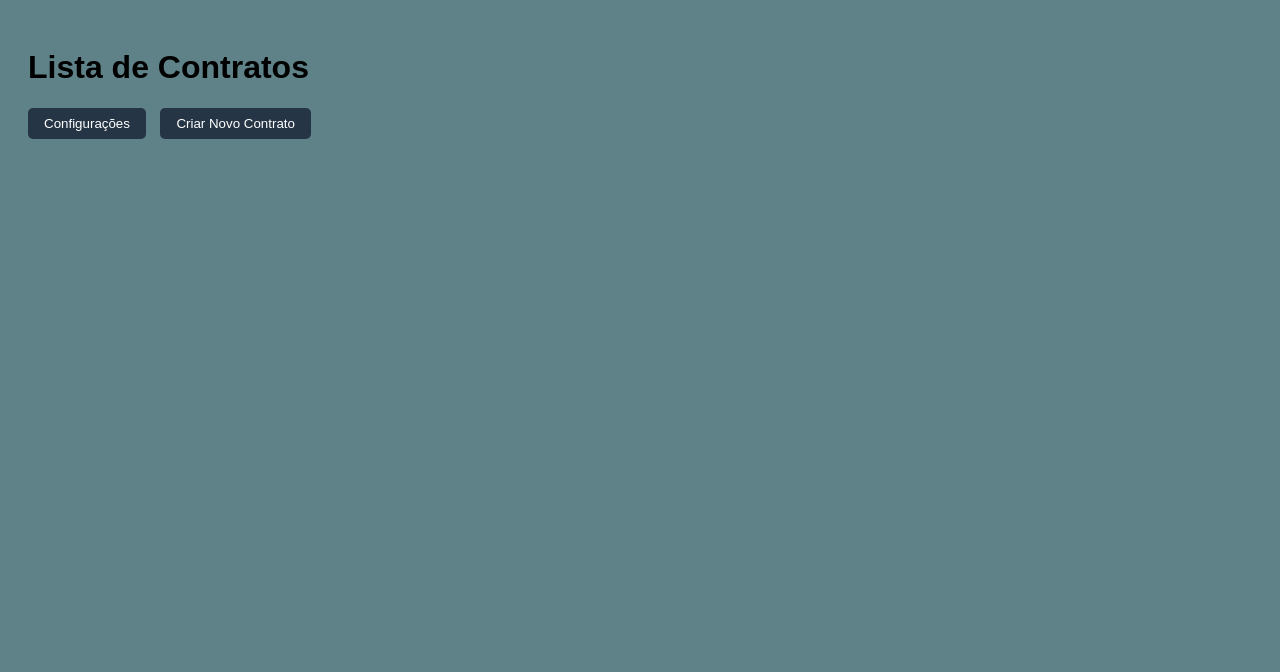
Repository: YuaneCastro/Sistema-de-Gest-o-de-Usu-rios-e-Contratos
Page: tela-principal/tela-principal.html
An editor plug-in stored every save of this project. The page is shown before and after a run of saves, followed by the edit.
The browser window is 1280 px wide. The pictures show the whole page.
The page's requests for data from a server got no answer.

Above is the page before, as saved 2024-06-23 10:02:13.

After the next 2 saves:
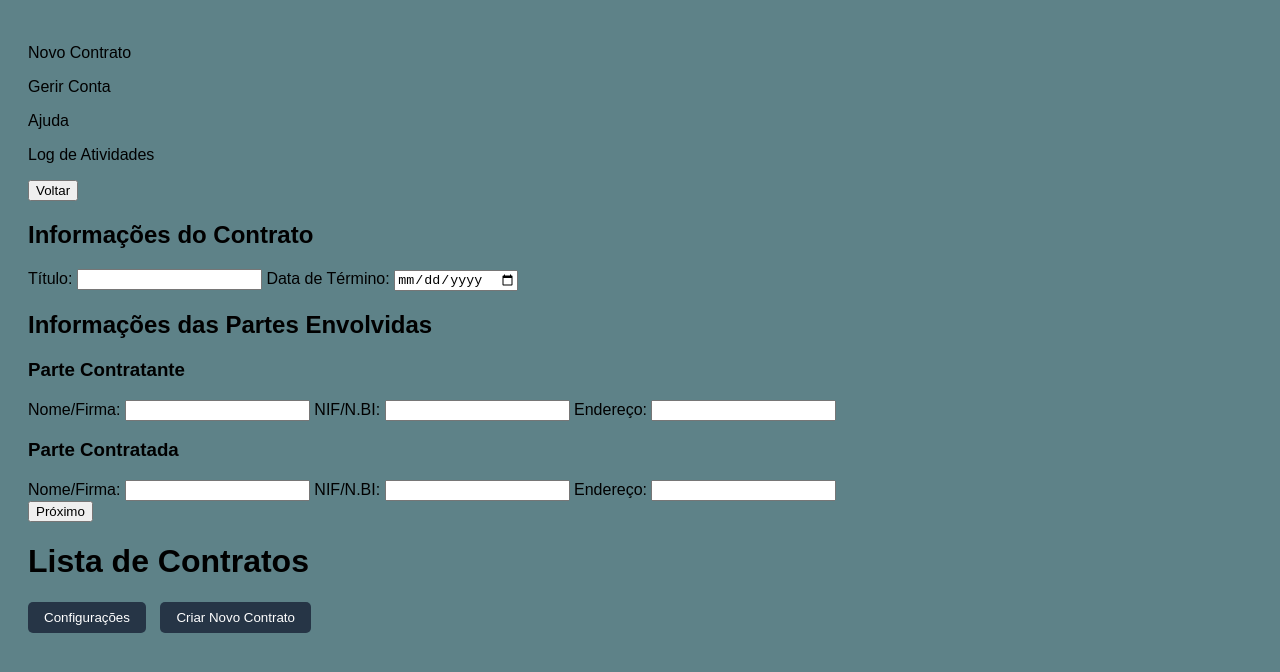
The 2 saves are shown as one change because they came seconds apart.
The last was saved 9 min 2 s later.
--- a/tela-principal/tela-principal.html
+++ b/tela-principal/tela-principal.html
@@ -7,6 +7,46 @@
     <link rel="stylesheet" href="/tela-principal/styles-principal.css">
 </head>
 <body>
+    <div class="top-bar">
+        <p id="criar-contrato-link" class="clickable">Novo Contrato</p>
+        <p id="manage-account-link" class="clickable">Gerir Conta</p>
+        <p id="ajuda-link" class="clickable">Ajuda</p>
+        <p id="log-atividades-link" class="clickable">Log de Atividades</p>
+    </div>
+
+    <div id="criar-contrato-screen" class="screen">
+        <button id="criar-contrato-back-button" class="round-button">Voltar</button>
+        <h2>Informações do Contrato</h2>
+        <form id="criar-contrato-form">
+            <label for="titulo">Título:</label>
+            <input type="text" id="titulo" name="titulo" required>
+            <label for="data-termino">Data de Término:</label>
+            <input type="date" id="data-termino" name="data-termino" required>
+
+            <h2>Informações das Partes Envolvidas</h2>
+            <div class="flex-container">
+                <div class="flex-item">
+                    <h3>Parte Contratante</h3>
+                    <label for="contratante-nome">Nome/Firma:</label>
+                    <input type="text" id="contratante-nome" name="contratante-nome" required>
+                    <label for="contratante-nif">NIF/N.BI:</label>
+                    <input type="text" id="contratante-nif" name="contratante-nif" required>
+                    <label for="contratante-endereco">Endereço:</label>
+                    <input type="text" id="contratante-endereco" name="contratante-endereco" required>
+                </div>
+                <div class="flex-item">
+                    <h3>Parte Contratada</h3>
+                    <label for="contratado-nome">Nome/Firma:</label>
+                    <input type="text" id="contratado-nome" name="contratado-nome" required>
+                    <label for="contratado-nif">NIF/N.BI:</label>
+                    <input type="text" id="contratado-nif" name="contratado-nif" required>
+                    <label for="contratado-endereco">Endereço:</label>
+                    <input type="text" id="contratado-endereco" name="contratado-endereco" required>
+                </div>
+            </div>
+            <button type="submit">Próximo</button>
+        </form>
+    </div>
     <h1>Lista de Contratos</h1>
     <ul class="contratos-list" id="contratos-list">
         <!-- Aqui serão inseridos os contratos dinamicamente -->
